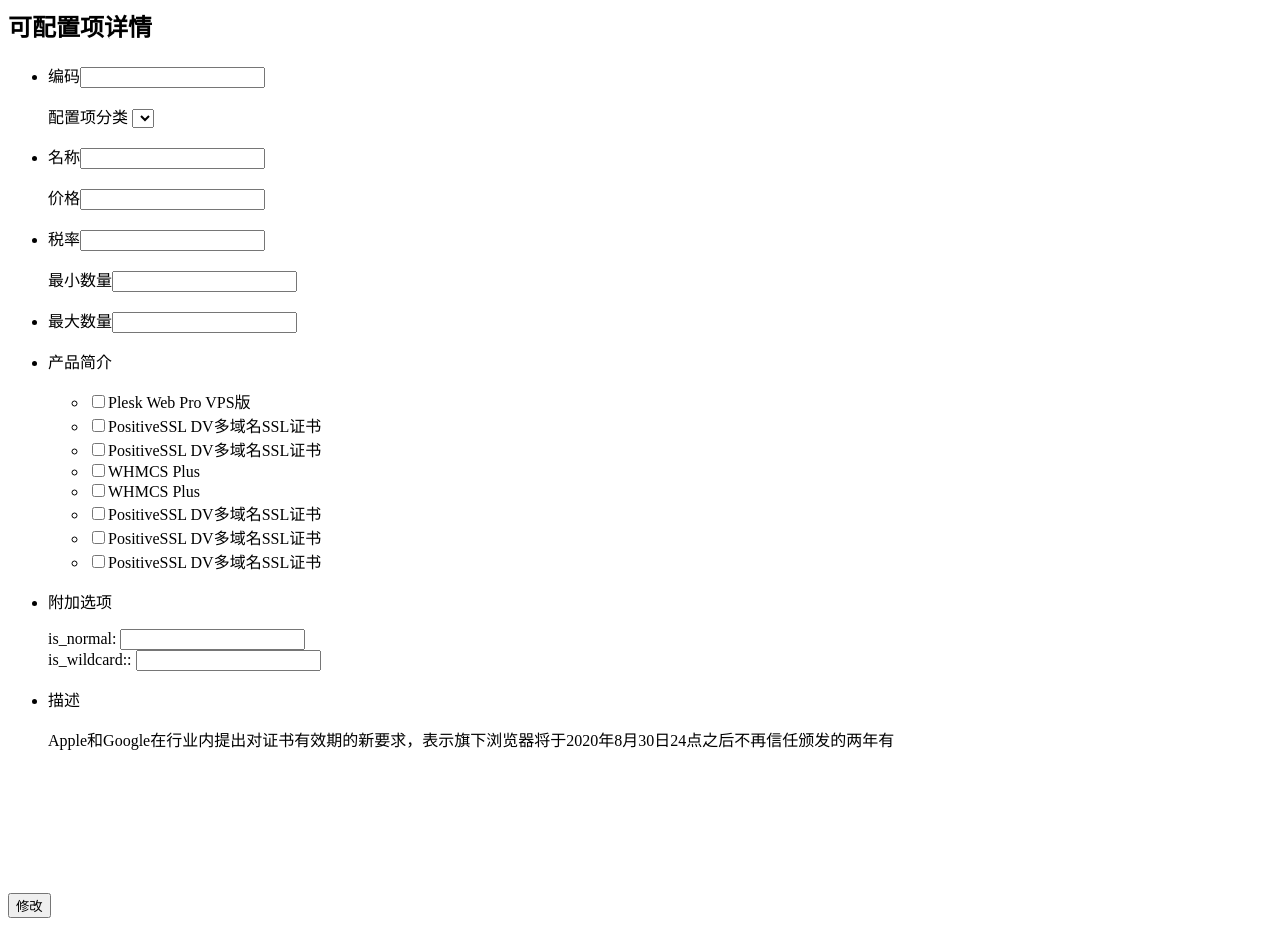
Repository: wangyan466393/racentSystem
Page: configurableDetail.html
The author's editor kept a copy of each file at every save. The page is drawn from the files as they stood at one save, then again after the next save.
The browser window is 1280 px wide. The pictures show the whole page.

Above is the page before, as saved 2020-08-12 16:18:00.

### configurableDetail.html
<div id="content_box">
    <h2>可配置项详情</h2>
<div class="config_box">
    <div class="config_content">
        <ul>
            <li>

                <p>
                    <span>编码</span><input type="text" class="config_inp">
                </p>
                <p>
                    <span>配置项分类</span>
                    <select name="" id="" class="config_inp">
                        <option value=""></option>
                    </select>
                </p>
            </li>
            <li>

                <p>
                    <span>名称</span><input type="text" class="config_inp">
                </p>
                <p>
                    <span>价格</span><input type="number" class="config_inp">
                </p>
            </li>
            <li>

                <p>
                    <span>税率</span><input type="number" class="config_inp">
                </p>
                <p>
                    <span>最小数量</span><input type="number" class="config_inp">
                </p>
            </li>
            <li>

                <p>
                    <span>最大数量</span><input type="number" class="config_inp">
                </p>
            </li>
            <li>
               <p> <span>产品简介</span></p>
               <div class="intro_box">


                <ul class="intro">
                    <li>
                        <input type="checkbox"><label for="">Plesk Web Pro VPS版</label>
                    </li>
                    <li>
                        <input type="checkbox"><label for="">PositiveSSL DV多域名SSL证书</label>
                    </li>
                    <li>
                        <input type="checkbox"><label for="">PositiveSSL DV多域名SSL证书</label>
                    </li>
                    <li>
                        <input type="checkbox"><label for="">WHMCS Plus</label>
                    </li>
                    <li>
                        <input type="checkbox"><label for="">WHMCS Plus</label>
                    </li>
                    <li>
                        <input type="checkbox"><label for="">PositiveSSL DV多域名SSL证书</label>
                    </li>
                    <li>
                        <input type="checkbox"><label for="">PositiveSSL DV多域名SSL证书</label>
                    </li>
                    <li>
                        <input type="checkbox"><label for="">PositiveSSL DV多域名SSL证书</label>
                    </li>
                </ul>
            </div>
            </li>
            <li>
                <p>
                    <span>附加选项</span>
                    <div class="input_group">
                        <span class="input-group-addon">is_normal:</span>
                        <input type="text" class="form-control">
                    </div>
                    <div class="input_group">
                        <span class="input-group-addon">is_wildcard::</span>
                        <input type="text" class="form-control">
                    </div>
                </p>

            </li>
            <li>
               <p> <span>描述</span></p>
                <div class="e_content" style="width: 100%;min-height: 150px;">
                    <p>
                        Apple和Google在行业内提出对证书有效期的新要求，表示旗下浏览器将于2020年8月30日24点之后不再信任颁发的两年有
                    </p>
                </div>
            </li>

        </ul>
    </div>
</div>
</div>
<div class="email_back_btn">
    <button type="button">修改</button>
</div>

<script src="js/jquery-1.11.3.js"></script>
<script>
    getProductListsData();
    function getProductListsData() {
        var tableInfo = ""
        for (var i = 0; i < 15; i++) {    //遍历Table的所有Row
            tableInfo += `
            <li>
                <input type="checkbox"><label for="">PositiveSSL DV多域名SSL证书</label>
            </li>
            `
        }
        $(".right_content .intro").append(tableInfo)
    }
</script>

Loaded but not shown: js/jquery-1.11.3.js (library)

After the next save:
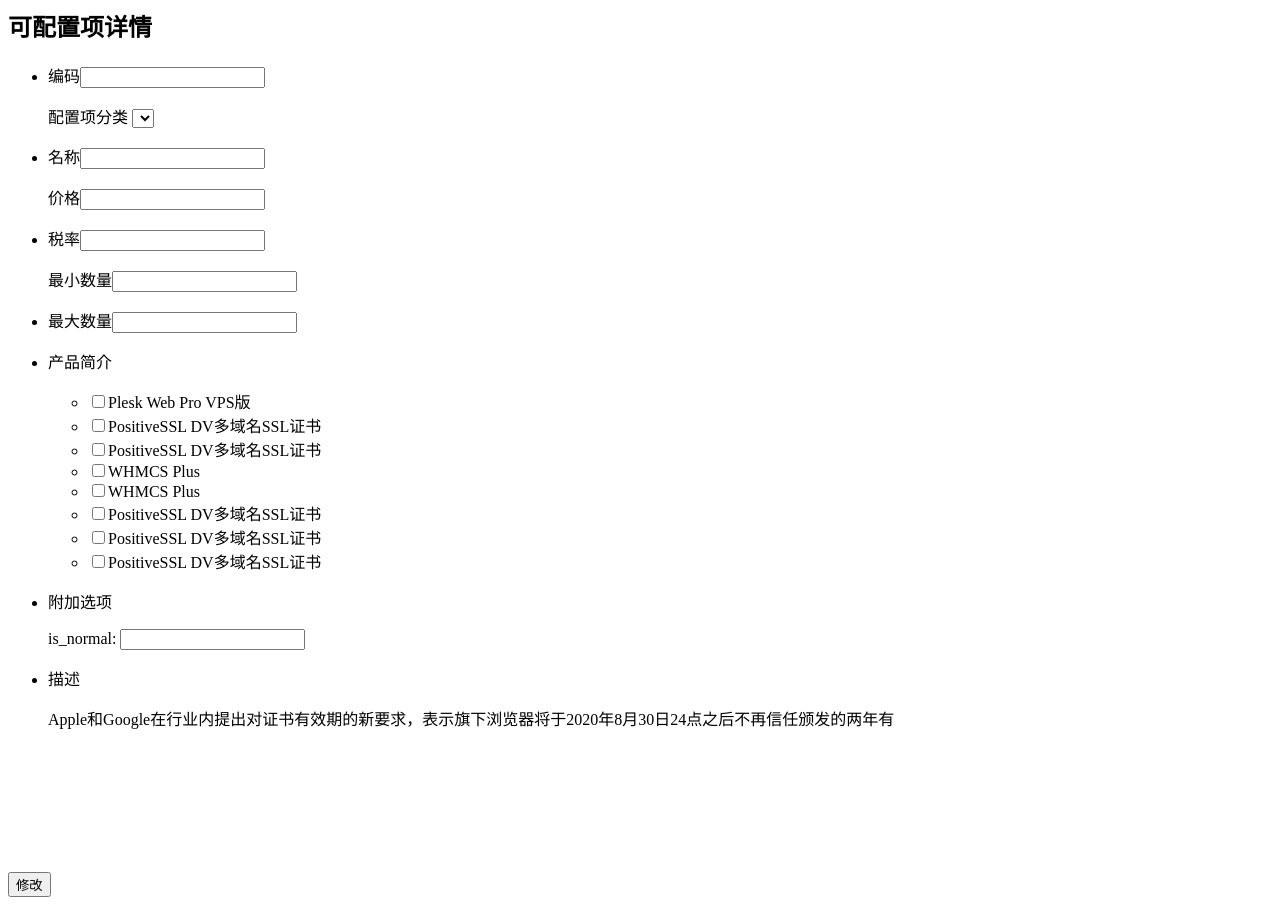
Saved 113 s later.
--- a/configurableDetail.html
+++ b/configurableDetail.html
@@ -79,10 +79,7 @@
                         <span class="input-group-addon">is_normal:</span>
                         <input type="text" class="form-control">
                     </div>
-                    <div class="input_group">
-                        <span class="input-group-addon">is_wildcard::</span>
-                        <input type="text" class="form-control">
-                    </div>
+
                 </p>
 
             </li>
